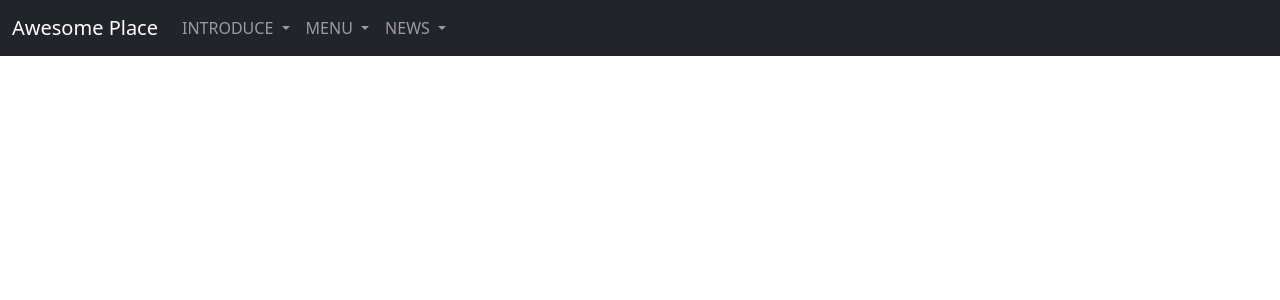
Repository: sikim0629/AwesomePlace
Page: http://localhost/awesomePlace/main.jsp
An editor plug-in stored every save of this project. The page is shown before and after the next save, followed by the edit.
The browser window is 1280 px wide. The pictures show the whole page.
The page is served by Tomcat 9. Nobody is signed in. The application's start-up code is not run. Other server files are loaded and not shown.

Above is the page before, as saved 2021-11-12 09:59:24.

### awesomePlace/WebContent/main.jsp
<%@ page language="java" contentType="text/html; charset=UTF-8"
    pageEncoding="UTF-8"%>
<!DOCTYPE html>
<html>
<head>
<meta charset="UTF-8">
<title>Insert title here</title>
</head>
<body>
<%@ include file = "/header.jsp" %>



<%@ include file = "/footer.jsp" %>

</body>
</html>

### awesomePlace/WebContent/header.jsp
<%@ page language="java" contentType="text/html; charset=UTF-8"
    pageEncoding="UTF-8"%>
<!doctype html>
<html lang="en">
  <head>
    <!-- Required meta tags -->
    <meta charset="utf-8">
    <meta name="viewport" content="width=device-width, initial-scale=1">

    <!-- Bootstrap CSS -->
    <link href="https://cdn.jsdelivr.net/npm/bootstrap@5.1.3/dist/css/bootstrap.min.css" rel="stylesheet" integrity="sha384-1BmE4kWBq78iYhFldvKuhfTAU6auU8tT94WrHftjDbrCEXSU1oBoqyl2QvZ6jIW3" crossorigin="anonymous">

    <title>어썸플레이스</title>
  </head>
  <body>
	<nav class="navbar navbar-expand-lg navbar-dark bg-dark">
  		<div class="container-fluid">
    		<a class="navbar-brand" href="/index.html">Awesome Place</a>
    		<button class="navbar-toggler" type="button" data-bs-toggle="collapse" data-bs-target="#navbarNavDropdown" aria-controls="navbarNavDropdown" aria-expanded="false" aria-label="Toggle navigation">
      			<span class="navbar-toggler-icon"></span>
    		</button>
	    <div class="collapse navbar-collapse" id="navbarNavDropdown">
	      <ul class="navbar-nav">
	        <li class="nav-item dropdown">
	          <a class="nav-link dropdown-toggle" href="#" id="navbarDropdownMenuLink" role="button" data-bs-toggle="dropdown" aria-expanded="false">
	            INTRODUCE
	          </a>
	          <ul class="dropdown-menu" aria-labelledby="navbarDropdownMenuLink">
	            <li><a class="dropdown-item" href="#">카페소개</a></li>
	            <li><a class="dropdown-item" href="#">매장찾기</a></li>
	          </ul>
	        </li>
	        <li class="nav-item dropdown">
	          <a class="nav-link dropdown-toggle" href="#" id="navbarDropdownMenuLink" role="button" data-bs-toggle="dropdown" aria-expanded="false">
	            MENU
	          </a>
	          <ul class="dropdown-menu" aria-labelledby="navbarDropdownMenuLink">
	            <li><a class="dropdown-item" href="#">COFFEE</a></li>
	            <li><a class="dropdown-item" href="#">TEA</a></li>
	            <li><a class="dropdown-item" href="#">JUICE</a></li>
	          </ul>
	        </li>
	        <li class="nav-item dropdown">
	          <a class="nav-link dropdown-toggle" href="#" id="navbarDropdownMenuLink" role="button" data-bs-toggle="dropdown" aria-expanded="false">
	            NEWS
	          </a>
	          <ul class="dropdown-menu" aria-labelledby="navbarDropdownMenuLink">
	            <li><a class="dropdown-item" href="#">공지사항</a></li>
	            <li><a class="dropdown-item" href="#">이달의 이벤트</a></li>
	            <li><a class="dropdown-item" href="#">이달의 메뉴</a></li>
	          </ul>
	        </li>
	      </ul>
		    	<form class="form-inline my-2 my-lg-0">
			    	<a>
				      <button type="button" class="btn btn-outline-dark">Login</button>
				     </a>
			    </form>
	    </div>
	  </div>
</nav>

    <script src="https://cdn.jsdelivr.net/npm/bootstrap@5.1.3/dist/js/bootstrap.bundle.min.js" integrity="sha384-ka7Sk0Gln4gmtz2MlQnikT1wXgYsOg+OMhuP+IlRH9sENBO0LRn5q+8nbTov4+1p" crossorigin="anonymous"></script>

  </body>
</html>

Loaded but not shown: awesomePlace/WebContent/footer.jsp (common file)

After the next save:
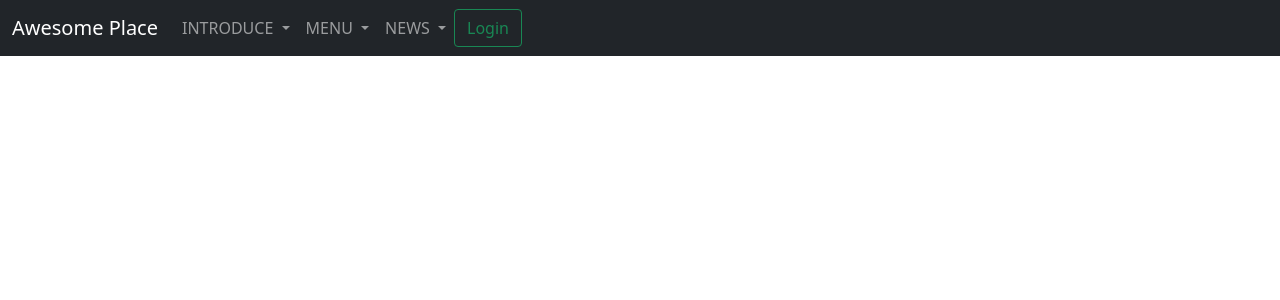
Saved 30 s later.
--- a/awesomePlace/WebContent/header.jsp
+++ b/awesomePlace/WebContent/header.jsp
@@ -53,7 +53,7 @@
 	      </ul>
 		    	<form class="form-inline my-2 my-lg-0">
 			    	<a>
-				      <button type="button" class="btn btn-outline-dark">Login</button>
+				      <button type="button" class="btn btn-outline-success">Login</button>
 				     </a>
 			    </form>
 	    </div>
